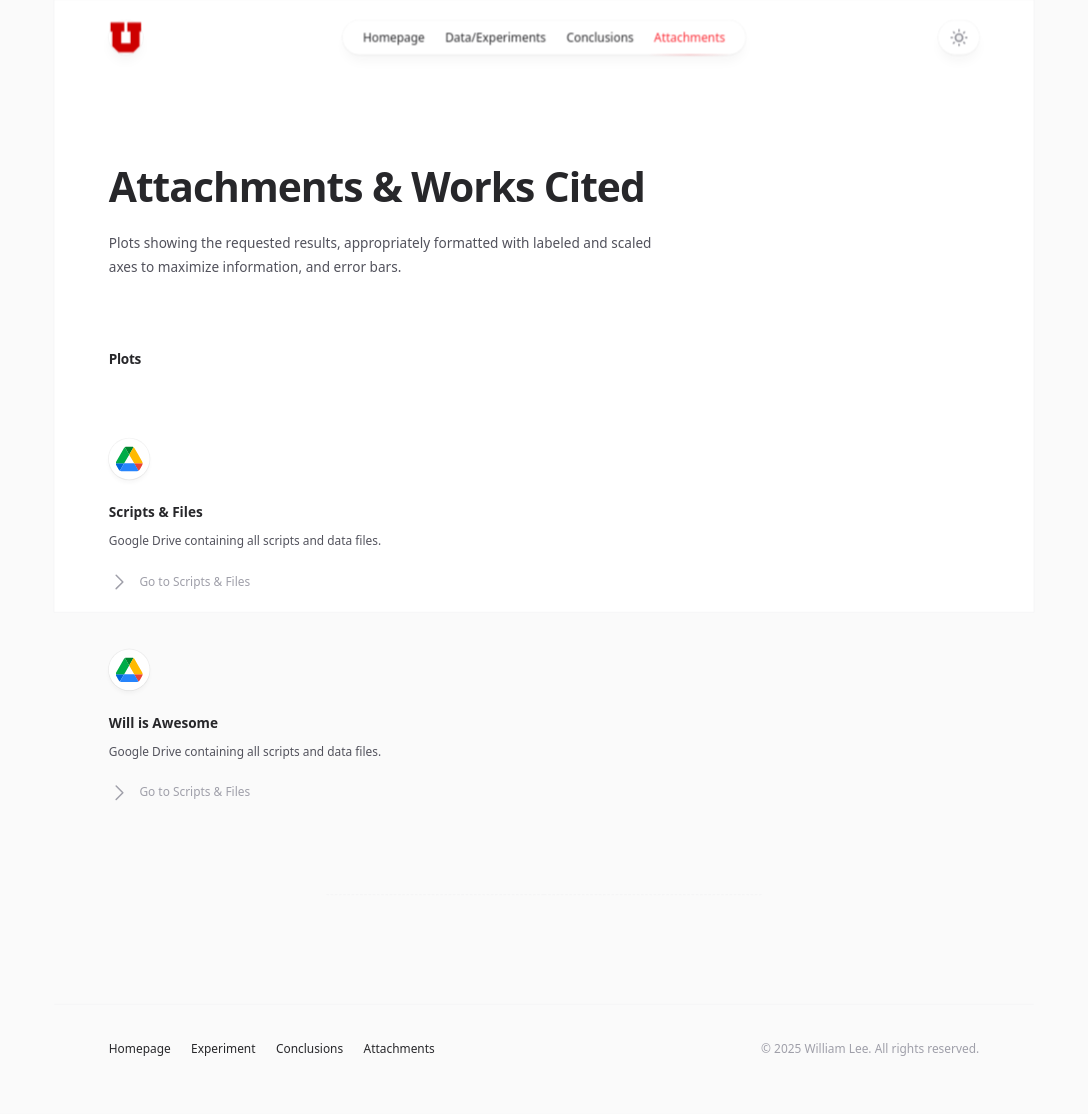
Repository: willwlee/chen3701
Page: /attachments
An editor plug-in stored every save of this project. The page is shown before and after the next save, followed by the edit.
The browser window is 1280 px wide. The pictures show the whole page, at 85% of full size.
The page's requests for data from a server got no answer. The project was rebuilt for these pictures with package versions that can differ from the ones it lists, and the page was loaded fresh each time. The framework's server and built-in components were replaced by stand-ins that run in the browser. No one was signed in, and anything a server would have sent is missing. Also part of the build but not shown: next.config.mjs.

Above is the page before, as saved 2025-09-24 02:15:04.

### src/app/layout.tsx
import { type Metadata } from 'next'

import { Providers } from '@/app/providers'
import { Layout } from '@/components/Layout'

import '@/styles/tailwind.css'

export const metadata: Metadata = {
  title: {
    template: '%s - CH EN 3701',
    default:
      'Mon-8 CH EN 3701',
  },
  description:
    'CH EN 3701, Mon-8.',
  alternates: {
    types: {
      'application/rss+xml': `${process.env.NEXT_PUBLIC_SITE_URL}/feed.xml`,
    },
  },
}

export default function RootLayout({
  children,
}: {
  children: React.ReactNode
}) {
  return (
    <html lang="en" className="h-full antialiased" suppressHydrationWarning>
      <meta name='theme-color'></meta>
      <body className="flex h-full bg-zinc-50 dark:bg-black">
        <Providers>
          <div className="flex w-full">
            <Layout>{children}</Layout>
          </div>
        </Providers>
      </body>
    </html>
  )
}

### src/app/attachments/page.tsx
import { type Metadata } from 'next'
import Image from 'next/image'

import { Card } from '@/components/Card'
import { SimpleLayout } from '@/components/SimpleLayout'

import logoGithub from '@/images/logos/github.svg'

import logoDrive from '@/images/logos/drive.svg'

function DashedDivider({ padding }: { padding: number }) {
  if (padding === 0) {
    return (
      <ul className="grid grid-cols-1 sm:grid-cols-1 lg:grid-cols-1">
        <div className="border-dashed border-t border-zinc-100 dark:border-zinc-700/40 mt-8"></div>
      </ul>
    )
  } else if (padding === 4) {
    return (
      <ul className="grid grid-cols-4 sm:grid-cols-4 lg:grid-cols-4">
        <div></div>
        <div className="border-dashed border-t border-zinc-100 dark:border-zinc-700/40 mt-4"></div>
        <div className="border-dashed border-t border-zinc-100 dark:border-zinc-700/40 mt-4"></div>
        <div></div>
      </ul>
    )
  } else if (padding === 6) {
    return (
      <ul className="grid grid-cols-4 sm:grid-cols-4 lg:grid-cols-4">
        <div></div>
        <div className="border-dashed border-t border-zinc-100 dark:border-zinc-700/40 mt-6"></div>
        <div className="border-dashed border-t border-zinc-100 dark:border-zinc-700/40 mt-6"></div>
        <div></div>
      </ul>
    )
  } else if (padding === 8) {
    return (
      <ul className="grid grid-cols-4 sm:grid-cols-4 lg:grid-cols-4">
        <div></div>
        <div className="border-dashed border-t border-zinc-100 dark:border-zinc-700/40 mt-8"></div>
        <div className="border-dashed border-t border-zinc-100 dark:border-zinc-700/40 mt-8"></div>
        <div></div>
      </ul>
    )
  } else {
    return (
      <ul className="grid grid-cols-4 sm:grid-cols-4 lg:grid-cols-4">
        <div></div>
        <div className="border-dashed border-t border-zinc-100 dark:border-zinc-700/40 mt-12"></div>
        <div className="border-dashed border-t border-zinc-100 dark:border-zinc-700/40 mt-12"></div>
        <div></div>
      </ul>
    )
  }
}

function LinkIcon(props: React.ComponentPropsWithoutRef<'svg'>) {
  return (
    <svg viewBox="0 0 24 24" aria-hidden="true" {...props}>
      <path
        d="M15.712 11.823a.75.75 0 1 0 1.06 1.06l-1.06-1.06Zm-4.95 1.768a.75.75 0 0 0 1.06-1.06l-1.06 1.06Zm-2.475-1.414a.75.75 0 1 0-1.06-1.06l1.06 1.06Zm4.95-1.768a.75.75 0 1 0-1.06 1.06l1.06-1.06Zm3.359.53-.884.884 1.06 1.06.885-.883-1.061-1.06Zm-4.95-2.12 1.414-1.415L12 6.344l-1.415 1.413 1.061 1.061Zm0 3.535a2.5 2.5 0 0 1 0-3.536l-1.06-1.06a4 4 0 0 0 0 5.656l1.06-1.06Zm4.95-4.95a2.5 2.5 0 0 1 0 3.535L17.656 12a4 4 0 0 0 0-5.657l-1.06 1.06Zm1.06-1.06a4 4 0 0 0-5.656 0l1.06 1.06a2.5 2.5 0 0 1 3.536 0l1.06-1.06Zm-7.07 7.07.176.177 1.06-1.06-.176-.177-1.06 1.06Zm-3.183-.353.884-.884-1.06-1.06-.884.883 1.06 1.06Zm4.95 2.121-1.414 1.414 1.06 1.06 1.415-1.413-1.06-1.061Zm0-3.536a2.5 2.5 0 0 1 0 3.536l1.06 1.06a4 4 0 0 0 0-5.656l-1.06 1.06Zm-4.95 4.95a2.5 2.5 0 0 1 0-3.535L6.344 12a4 4 0 0 0 0 5.656l1.06-1.06Zm-1.06 1.06a4 4 0 0 0 5.657 0l-1.061-1.06a2.5 2.5 0 0 1-3.535 0l-1.061 1.06Zm7.07-7.07-.176-.177-1.06 1.06.176.178 1.06-1.061Z"
        fill="currentColor"
      />
    </svg>
  )
}

function ChevronRightIcon(props: React.ComponentPropsWithoutRef<'svg'>) {
  return (
    <svg fill="none" viewBox="0 0 24 24" strokeWidth="1.5" stroke="currentColor" {...props}>
      <path
        d="m 7.425 4.05 l 6.75 6.75 l -6.75 6.75"
        strokeLinejoin="round"
        strokeLinecap="round"
      />
    </svg>
  )
}

const cardList = [
  {
    name: 'Scripts & Files',
    description:
      'Google Drive containing all scripts and data files.',
    link: { href: 'https://drive.google.com/drive/folders/1Qh8462Os5es_1hNQ1_3GHLuknoWvxalG?usp=sharing', label: 'Go to Scripts & Files', hover: 'Visit Drive' },
    logo: logoDrive,
  },
  {
    name: 'Will is Awesome',
    description:
      'Google Drive containing all scripts and data files.',
    link: { href: 'https://drive.google.com/drive/folders/1Qh8462Os5es_1hNQ1_3GHLuknoWvxalG?usp=sharing', label: 'Go to Scripts & Files', hover: 'Visit Drive' },
    logo: logoDrive,
  },
]

const github = [
  {
    name: 'Github Repository of Website',
    description:
      'This website is a heavy modification of the templates provided by Tailwind UI. The modified code is provided here.',
    link: { href: 'https://drive.google.com/drive/folders/1Qh8462Os5es_1hNQ1_3GHLuknoWvxalG?usp=sharing', label: 'Go to Scripts & Files', hover: 'Visit Drive' },
    logo: logoGithub,
  },
]

export const metadata: Metadata = {
  title: 'Contact',
  description:
    'Let’s stay in touch!',
}

export default function Contact() {
  return (
    <SimpleLayout
      title="Attachments & Works Cited"
      intro="Plots showing the requested results, appropriately formatted with labeled and scaled axes to maximize information, and error bars."
    >
      <div className="space-y-20">
        <h3 className="text-base font-semibold tracking-tight text-zinc-800 dark:text-zinc-100">
          Plots
        </h3>
        <ul
          role="list"
          className="grid gap-x-12 gap-y-16"
        >
        {cardList.map((contact) => (
          <Card as="li" key={contact.name}>
            <div className="relative z-10 flex h-12 w-12 items-center justify-center rounded-full bg-white shadow-md shadow-zinc-800/5 ring-1 ring-zinc-900/5 dark:border dark:border-zinc-700/50 dark:bg-zinc-800 dark:ring-0">          <Image
                src={contact.logo}
                alt=""
                className="h-8 w-8"
                unoptimized
              />
            </div>
            <h2 className="mt-6 text-base font-semibold text-zinc-800 dark:text-zinc-100">
              <Card.Link href={contact.link.href} target='_blank' rel='noreferrer'>{contact.name}</Card.Link>
            </h2>
            <Card.Description>{contact.description}</Card.Description>
            <p className="relative z-10 mt-6 flex text-sm font-medium text-zinc-400 transition group-hover:text-blue-500 dark:text-zinc-200">
              <ChevronRightIcon className="block group-hover:hidden h-7 w-7 flex-auto" />
              <LinkIcon className="hidden group-hover:block h-7 w-7 flex-auto" />
              <span className="block group-hover:hidden ml-2">{contact.link.label}</span>
              <span className="hidden group-hover:block ml-2">{contact.link.hover}</span>
            </p>
          </Card>
        )
  )}

        </ul>

        <DashedDivider padding={6} />
      </div>
    </SimpleLayout>
  )
}

### src/app/providers.tsx
'use client'

import { createContext, useEffect, useRef } from 'react'
import { usePathname } from 'next/navigation'
import { ThemeProvider, useTheme } from 'next-themes'

function usePrevious<T>(value: T): T | undefined {
  const ref = useRef<T | undefined>(undefined)

  useEffect(() => {
    ref.current = value
  }, [value])

  return ref.current
}

function ThemeWatcher() {
  let { resolvedTheme, setTheme } = useTheme()

  useEffect(() => {
    let media = window.matchMedia('(prefers-color-scheme: dark)')

    function onMediaChange() {
      let systemTheme = media.matches ? 'dark' : 'light'
      if (resolvedTheme === systemTheme) {
        setTheme('system')
      }
    }

    onMediaChange()
    media.addEventListener('change', onMediaChange)

    return () => {
      media.removeEventListener('change', onMediaChange)
    }
  }, [resolvedTheme, setTheme])

  return null
}

export const AppContext = createContext<{ previousPathname?: string }>({})

export function Providers({ children }: { children: React.ReactNode }) {
  let pathname = usePathname()
  let previousPathname = usePrevious(pathname)

  return (
    <AppContext.Provider value={{ previousPathname }}>
      <ThemeProvider attribute="class" disableTransitionOnChange>
        <ThemeWatcher />
        {children}
      </ThemeProvider>
    </AppContext.Provider>
  )
}

### src/styles/tailwind.css
@config "../../tailwind.config.ts";
@plugin "@tailwindcss/typography";
@import 'tailwindcss';

@layer utilities {
  /* Hide scrollbar but keep scrolling */
  .no-scrollbar {
    -ms-overflow-style: none; /* IE/old Edge */
    scrollbar-width: none; /* Firefox */
  }
  .no-scrollbar::-webkit-scrollbar {
    display: none; /* Chrome/Safari/Opera */
  }
}

html {
  scroll-behavior: smooth;
}

### src/components/Card.tsx
import Link from 'next/link'
import clsx from 'clsx'

function ChevronRightIcon(props: React.ComponentPropsWithoutRef<'svg'>) {
  return (
    <svg viewBox="0 0 16 16" fill="none" aria-hidden="true" {...props}>
      <path
        d="M6.75 5.75 9.25 8l-2.5 2.25"
        strokeWidth="1.5"
        strokeLinecap="round"
        strokeLinejoin="round"
      />
    </svg>
  )
}

export function Card<T extends React.ElementType = 'div'>({
  as,
  className,
  children,
}: Omit<React.ComponentPropsWithoutRef<T>, 'as' | 'className'> & {
  as?: T
  className?: string
}) {
  let Component = as ?? 'div'

  return (
    <Component
      className={clsx(className, 'group relative flex flex-col items-start')}
    >
      {children}
    </Component>
  )
}

Card.Link = function CardLink({
  children,
  ...props
}: React.ComponentPropsWithoutRef<typeof Link>) {
  return (
    <>
      <div className="absolute -inset-x-4 -inset-y-6 z-0 scale-95 bg-zinc-50 opacity-0 transition group-hover:scale-100 group-hover:opacity-100 sm:-inset-x-6 sm:rounded-2xl dark:bg-zinc-800/50" />
      <Link {...props}>
        <span className="absolute -inset-x-4 -inset-y-6 z-20 sm:-inset-x-6 sm:rounded-2xl" />
        <span className="relative z-10">{children}</span>
      </Link>
    </>
  )
}

Card.Title = function CardTitle<T extends React.ElementType = 'h2'>({
  as,
  href,
  children,
}: Omit<React.ComponentPropsWithoutRef<T>, 'as' | 'href'> & {
  as?: T
  href?: string
}) {
  const Component = as ?? 'h2'
  return (
    <Component
      className="
        m-0 text-base font-semibold tracking-tight text-zinc-800 dark:text-zinc-100
        [&>a]:no-underline [&>a]:text-inherit
      "
    >
      {href ? <Card.Link href={href}>{children}</Card.Link> : children}
    </Component>
  )
}

Card.Description = function CardDescription({
  children,
}: {
  children: React.ReactNode
}) {
  return (
    <p className="relative z-10 mt-2 text-sm text-zinc-600 dark:text-zinc-400">
      {children}
    </p>
  )
}

Card.Cta = function CardCta({ children }: { children: React.ReactNode }) {
  return (
    <div
      aria-hidden="true"
      className="relative z-10 mt-4 flex items-center text-sm font-medium text-blue-500"
    >
      {children}
      <ChevronRightIcon className="ml-1 h-4 w-4 stroke-current" />
    </div>
  )
}

Card.Eyebrow = function CardEyebrow<T extends React.ElementType = 'p'>({
  as,
  decorate = false,
  className,
  children,
  ...props
}: Omit<React.ComponentPropsWithoutRef<T>, 'as' | 'decorate'> & {
  as?: T
  decorate?: boolean
}) {
  let Component = as ?? 'p'

  return (
    <Component
      className={clsx(
        className,
        'relative z-10 order-first mb-3 flex items-center text-sm text-zinc-400 dark:text-zinc-500',
        decorate && 'pl-3.5',
      )}
      {...props}
    >
      {decorate && (
        <span
          className="absolute inset-y-0 left-0 flex items-center"
          aria-hidden="true"
        >
          <span className="h-4 w-0.5 rounded-full bg-zinc-200 dark:bg-zinc-500" />
        </span>
      )}
      {children}
    </Component>
  )
}

### src/components/SimpleLayout.tsx
import { Container } from '@/components/Container'

export function SimpleLayout({
  title,
  intro,
  children,
  gapClass = 'mt-16 sm:mt-20',
}: {
  title: string
  intro: string
  children?: React.ReactNode
  gapClass?: string
}) {
  return (
    <Container className="mt-16 sm:mt-32">
      <header className="max-w-2xl">
        <h1 className="text-4xl font-bold tracking-tight text-zinc-800 sm:text-5xl dark:text-zinc-100">
          {title}
        </h1>
        <p className="mt-6 text-base text-zinc-600 dark:text-zinc-400">
          {intro}
        </p>
      </header>
      {children && <div className={gapClass}>{children}</div>}
    </Container>
  )
}

### src/components/Footer.tsx
import Link from 'next/link'

import { ContainerInner, ContainerOuter } from '@/components/Container'

function NavLink({
  href,
  children,
}: {
  href: string
  children: React.ReactNode
}) {
  return (
    <Link
      href={href}
      className="transition hover:text-red-500 dark:hover:text-red-400"
    >
      {children}
    </Link>
  )
}

export function Footer() {
  return (
    <footer className="mt-32 flex-none">
      <ContainerOuter>
        <div className="border-t border-zinc-100 pb-16 pt-10 dark:border-zinc-700/40">
          <ContainerInner>
            <div className="flex flex-col items-center justify-between gap-6 sm:flex-row">
              <div className="flex flex-wrap justify-center gap-x-6 gap-y-1 text-sm font-medium text-zinc-800 dark:text-zinc-200">
                <NavLink href="/about">Homepage</NavLink>
                <NavLink href="/projects">Experiment</NavLink>
                {/* <NavLink href="/speaking">Research</NavLink> */}
                <NavLink href="/conclusions">Conclusions</NavLink> {/*Blog*/}
                <NavLink href="/attachments">Attachments</NavLink> {/*Contact*/}
              </div>
              <p className="text-sm text-zinc-400 dark:text-zinc-500">
                <a href="mailto:williamwooseoklee@gmail.com" target='_blank' rel='noreferrer'>&copy; {new Date().getFullYear()} William Lee. All rights reserved.</a>
              </p>
            </div>
          </ContainerInner>
        </div>
      </ContainerOuter>
    </footer>
  )
}

### src/components/Container.tsx
import { forwardRef } from 'react'
import clsx from 'clsx'

export const ContainerOuter = forwardRef<
  React.ElementRef<'div'>,
  React.ComponentPropsWithoutRef<'div'>
>(function OuterContainer({ className, children, ...props }, ref) {
  return (
    <div ref={ref} className={clsx('sm:px-8', className)} {...props}>
      <div className="mx-auto w-full max-w-7xl lg:px-8">{children}</div>
    </div>
  )
})

export const ContainerInner = forwardRef<
  React.ElementRef<'div'>,
  React.ComponentPropsWithoutRef<'div'>
>(function InnerContainer({ className, children, ...props }, ref) {
  return (
    <div
      ref={ref}
      className={clsx('relative px-4 sm:px-8 lg:px-12', className)}
      {...props}
    >
      <div className="mx-auto max-w-2xl lg:max-w-5xl">{children}</div>
    </div>
  )
})

export const Container = forwardRef<
  React.ElementRef<typeof ContainerOuter>,
  React.ComponentPropsWithoutRef<typeof ContainerOuter>
>(function Container({ children, ...props }, ref) {
  return (
    <ContainerOuter ref={ref} {...props}>
      <ContainerInner>{children}</ContainerInner>
    </ContainerOuter>
  )
})

Loaded but not shown: src/components/Layout.tsx (common file); src/components/Header.tsx (473 lines, source omitted); tailwind.config.ts (194 lines, source omitted)

After the next save:
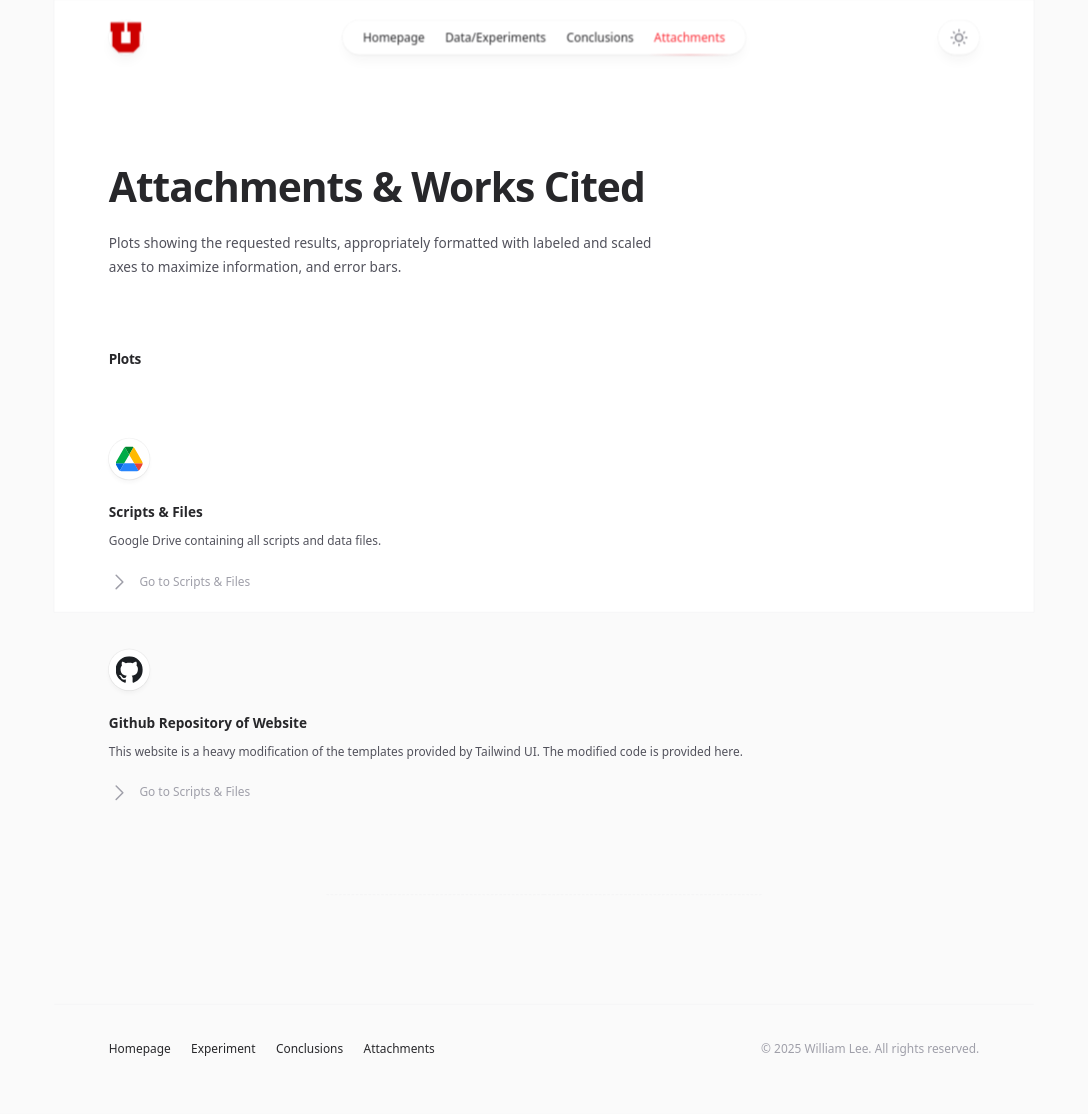
Saved 29 s later.
--- a/src/app/attachments/page.tsx
+++ b/src/app/attachments/page.tsx
@@ -85,17 +85,7 @@ const cardList = [
     link: { href: 'https://drive.google.com/drive/folders/1Qh8462Os5es_1hNQ1_3GHLuknoWvxalG?usp=sharing', label: 'Go to Scripts & Files', hover: 'Visit Drive' },
     logo: logoDrive,
   },
-  {
-    name: 'Will is Awesome',
-    description:
-      'Google Drive containing all scripts and data files.',
-    link: { href: 'https://drive.google.com/drive/folders/1Qh8462Os5es_1hNQ1_3GHLuknoWvxalG?usp=sharing', label: 'Go to Scripts & Files', hover: 'Visit Drive' },
-    logo: logoDrive,
-  },
-]
-
-const github = [
-  {
+    {
     name: 'Github Repository of Website',
     description:
       'This website is a heavy modification of the templates provided by Tailwind UI. The modified code is provided here.',
@@ -103,6 +93,7 @@ const github = [
     logo: logoGithub,
   },
 ]
+
 
 export const metadata: Metadata = {
   title: 'Contact',
